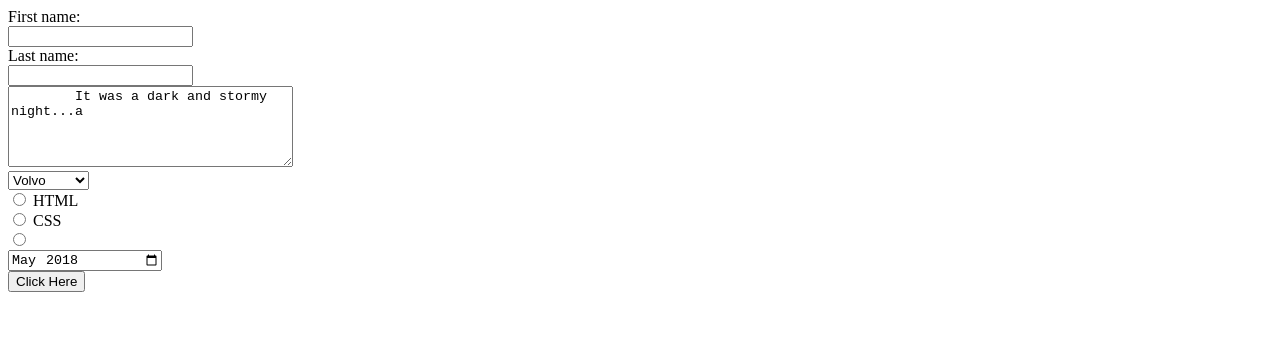
Repository: KANNAHWORLD/201Work
Page: lab9/Lab11/src/main/webapp/lab11.html
An editor plug-in stored every save of this project. The page is shown before and after the next save, followed by the edit.
The browser window is 1280 px wide. The pictures show the whole page.

Above is the page before, as saved 2022-11-16 20:58:04.

After the next save:
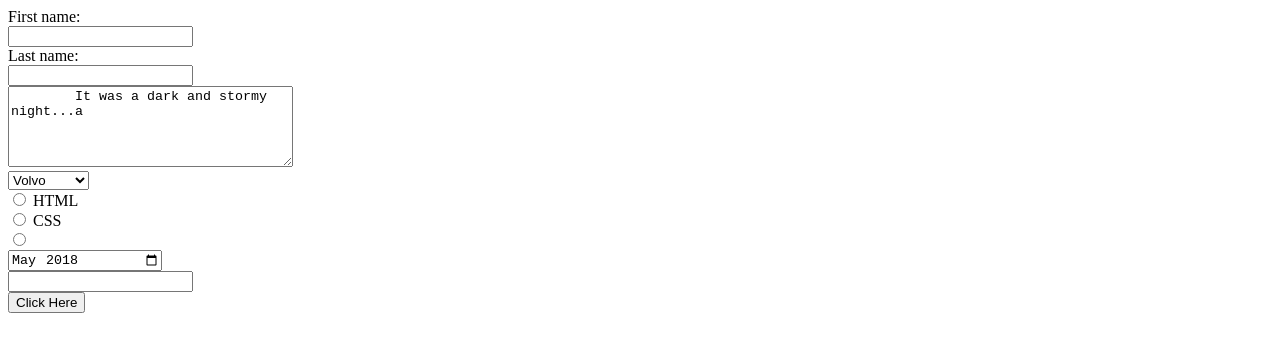
Saved 82 s later.
--- a/lab9/Lab11/src/main/webapp/lab11.html
+++ b/lab9/Lab11/src/main/webapp/lab11.html
@@ -40,6 +40,10 @@
   <br>
 
 
+  <input type="email" id="email" name="email">
+
+  <br>
+
   	<input type = "submit" value = "Click Here" >
 
 </form>
